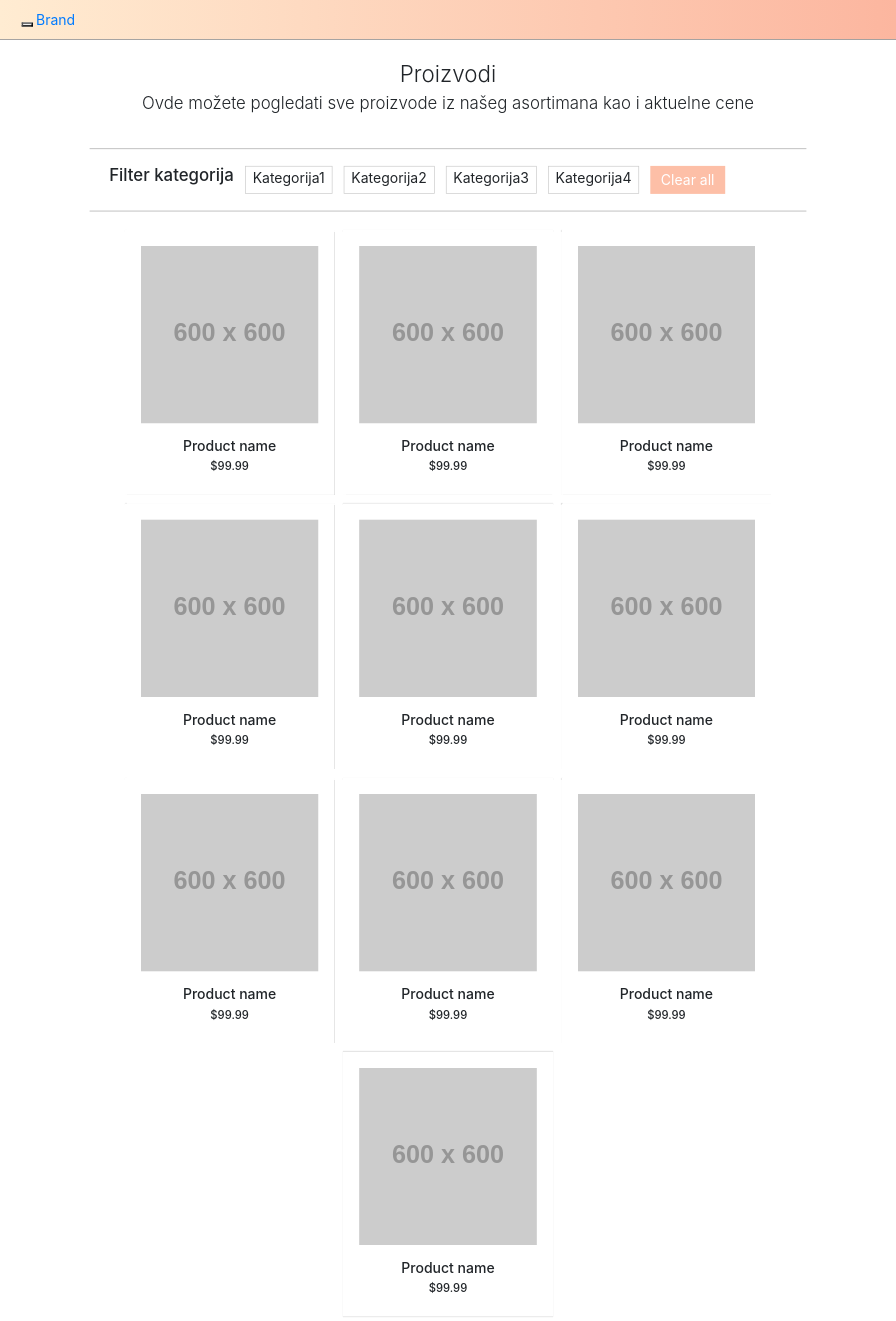
Repository: StevanFilipovic/TemplateForSinglepageWebsite
Page: products.html
An editor plug-in stored every save of this project. The page is shown before and after the next save, followed by the edit.
The browser window is 1280 px wide. The pictures show the whole page, at 70% of full size.
Some web libraries are served in a nearby version.

Above is the page before, as saved 2018-06-15 15:21:55.

### products.html
<!doctype html>
<html>

<head>
    <meta charset="utf-8">
    <title>One Page Scroll</title>
    <meta name="title" content="Website by Stevan" />
    <meta name="description" content="Proizvodi" />

    <link rel="shortcut icon" id="favicon" href="">
    <link href='http://fonts.googleapis.com/css?family=Open+Sans:300,400,700' rel='stylesheet' type='text/css'>
    <link href='http://fonts.googleapis.com/css?family=Pacifico:400' rel='stylesheet' type='text/css'>
    <script type="text/javascript" src="http://code.jquery.com/jquery-1.9.1.js"></script>
    <link href='products-page-style.css' rel='stylesheet' type='text/css'>
    <!-- Da bi koristili less potrebno je odkomentarisati donje dve linije i uraditi konverziju css-a i ubaciti u dole navedene fajlove -->
    <!-- <link rel="stylesheet/less" type="text/css" href="onepage-scrool.less" /> -->
    <!-- <link rel="stylesheet/less" type="text/css" href="styles.less" /> -->
    <!-- <script src="less.js" type="text/javascript"></script> -->
    <link rel="stylesheet" href="https://stackpath.bootstrapcdn.com/bootstrap/4.1.1/css/bootstrap.min.css" integrity="sha384-WskhaSGFgHYWDcbwN70/dfYBj47jz9qbsMId/iRN3ewGhXQFZCSftd1LZCfmhktB" crossorigin="anonymous">
    <link href="bootstrap-responsive.css" rel="stylesheet">



    <script>
        $(document).ready(function () {
            var $products = $('.grid-products'),
                $filters = $("#filters input[type='checkbox']"),
                product_filter = new ProductFilterLevel1($products, $filters);
            product_filter.init();
        });

        function ProductFilterLevel1(products, filters) {
            var _this = this;

            this.init = function () {
                this.products = products;
                this.filters = filters;
                this.bindEvents();
            };

            this.bindEvents = function () {
                this.filters.click(this.filterGridProducts);
                $('#none').click(this.removeAllFilters);
            };

            this.filterGridProducts = function () {
                _this.products.hide();
                var selectedFilters = _this.filters.filter(':checked');
                if (selectedFilters.length) {
                    var selectedFiltersValues = [];
                    selectedFilters.each(function () {
                        var currentFilter = $(this);
                        selectedFiltersValues.push("[data-" + currentFilter.attr('name') + "='" +
                            currentFilter.val() + "']");
                    });
                    _this.products.filter(selectedFiltersValues.join(',')).show();
                } else {
                    _this.products.show();
                }
            };

            this.removeAllFilters = function () {
                _this.filters.prop('checked', false);
                _this.products.show();
            }
        }
    </script>

</head>

<body>
    <div class="header">
        <nav class="navbar navbar-default">
            <div class="container-fluid">
              <!-- Brand and toggle get grouped for better mobile display -->
              <div class="navbar-header">
                <button type="button" class="navbar-toggle collapsed" data-toggle="collapse" data-target="#bs-example-navbar-collapse-1" aria-expanded="false">
                  <span class="sr-only">Toggle navigation</span>
                  <span class="icon-bar"></span>
                  <span class="icon-bar"></span>
                  <span class="icon-bar"></span>
                </button>
                <a class="navbar-brand" href="#">Brand</a>
              </div>

              <!-- Collect the nav links, forms, and other content for toggling -->
              <div class="collapse navbar-collapse" id="bs-example-navbar-collapse-1">
                <ul class="nav navbar-nav">
                  <li class="active"><a href="#">Link <span class="sr-only">(current)</span></a></li>
                  <li><a href="#">Link</a></li>
                  <li class="dropdown">
                    <a href="#" class="dropdown-toggle" data-toggle="dropdown" role="button" aria-haspopup="true" aria-expanded="false">Dropdown <span class="caret"></span></a>
                    <ul class="dropdown-menu">
                      <li><a href="#">Action</a></li>
                      <li><a href="#">Another action</a></li>
                      <li><a href="#">Something else here</a></li>
                      <li role="separator" class="divider"></li>
                      <li><a href="#">Separated link</a></li>
                      <li role="separator" class="divider"></li>
                      <li><a href="#">One more separated link</a></li>
                    </ul>
                  </li>
                </ul>
                <form class="navbar-form navbar-left">
                  <div class="form-group">
                    <input type="text" class="form-control" placeholder="Search">
                  </div>
                  <button type="submit" class="btn btn-default">Submit</button>
                </form>
                <ul class="nav navbar-nav navbar-right">
                  <li><a href="#">Link</a></li>
                  <li class="dropdown">
                    <a href="#" class="dropdown-toggle" data-toggle="dropdown" role="button" aria-haspopup="true" aria-expanded="false">Dropdown <span class="caret"></span></a>
                    <ul class="dropdown-menu">
                      <li><a href="#">Action</a></li>
                      <li><a href="#">Another action</a></li>
                      <li><a href="#">Something else here</a></li>
                      <li role="separator" class="divider"></li>
                      <li><a href="#">Separated link</a></li>
                    </ul>
                  </li>
                </ul>
              </div><!-- /.navbar-collapse -->
            </div><!-- /.container-fluid -->
          </nav>
    </div>
    <div class="intro-text">
        <h2>Proizvodi</h2>
        <h4>Ovde možete pogledati sve proizvode iz našeg asortimana kao i aktuelne cene</h4>
    </div>
    <div id="filters" class="products">
        <div class="filter-wrapper">
            <h4>Filter kategorija</h4>

            <input type="checkbox" name="colour" id="category1" value="category1"></input>
            <label for="category1">Kategorija1</label>

            <input type="checkbox" name="colour" id="category2" value="category2"></input>
            <label for="category2">Kategorija2</label>

            <input type="checkbox" name="colour" id="category3" value="category3"></input>
            <label for="category3">Kategorija3</label>

            <input type="checkbox" name="colour" id="category4" value="category4"></input>
            <label for="category4">Kategorija4</label>

        </div>
        <div>
            <input class="button-clear dugme" type="button" id="none" value="Clear all"></input>
        </div>
    </div>

    <section class="products">
        <div class="product-card grid-products" data-colour="category1">
            <div class="product-image">
                <img src="http://via.placeholder.com/600x600">
            </div>
            <div class="product-info">
                <h5>Product name</h5>
                <h6>$99.99</h6>
            </div>
        </div>

        <div class="product-card grid-products" data-colour="category1">
            <div class="product-image">
                <img src="http://via.placeholder.com/600x600">
            </div>
            <div class="product-info">
                <h5>Product name</h5>
                <h6>$99.99</h6>
            </div>
        </div>

        <div class="product-card grid-products" data-colour="category2">
            <div class="product-image">
                <img src="http://via.placeholder.com/600x600">
            </div>
            <div class="product-info">
                <h5>Product name</h5>
                <h6>$99.99</h6>
            </div>
        </div>

        <div class="product-card grid-products" data-colour="category2">
            <div class="product-image">
                <img src="http://via.placeholder.com/600x600">
            </div>
            <div class="product-info">
                <h5>Product name</h5>
                <h6>$99.99</h6>
            </div>
        </div>

        <div class="product-card grid-products" data-colour="category3">
            <div class="product-image">
                <img src="http://via.placeholder.com/600x600">
            </div>
            <div class="product-info">
                <h5>Product name</h5>
                <h6>$99.99</h6>
            </div>
        </div>

        <div class="product-card grid-products" data-colour="category3">
            <div class="product-image">
                <img src="http://via.placeholder.com/600x600">
            </div>
            <div class="product-info">
                <h5>Product name</h5>
                <h6>$99.99</h6>
            </div>
        </div>

        <div class="product-card grid-products" data-colour="category3">
            <div class="product-image">
                <img src="http://via.placeholder.com/600x600">
            </div>
            <div class="product-info">
                <h5>Product name</h5>
                <h6>$99.99</h6>
            </div>
        </div>

        <div class="product-card grid-products" data-colour="category4">
            <div class="product-image">
                <img src="http://via.placeholder.com/600x600">
            </div>
            <div class="product-info">
                <h5>Product name</h5>
                <h6>$99.99</h6>
            </div>
        </div>

        <div class="product-card grid-products" data-colour="category4">
            <div class="product-image">
                <img src="http://via.placeholder.com/600x600">
            </div>
            <div class="product-info">
                <h5>Product name</h5>
                <h6>$99.99</h6>
            </div>
        </div>

        <div class="product-card grid-products" data-colour="category4">
            <div class="product-image">
                <img src="http://via.placeholder.com/600x600">
            </div>
            <div class="product-info">
                <h5>Product name</h5>
                <h6>$99.99</h6>
            </div>
        </div>

    </section>
    <script src="https://cdnjs.cloudflare.com/ajax/libs/popper.js/1.12.9/umd/popper.min.js" integrity="sha384-ApNbgh9B+Y1QKtv3Rn7W3mgPxhU9K/ScQsAP7hUibX39j7fakFPskvXusvfa0b4Q"
    crossorigin="anonymous"></script>
  <script src="https://maxcdn.bootstrapcdn.com/bootstrap/4.0.0/js/bootstrap.min.js" integrity="sha384-JZR6Spejh4U02d8jOt6vLEHfe/JQGiRRSQQxSfFWpi1MquVdAyjUar5+76PVCmYl"
    crossorigin="anonymous"></script>
</body>

</html>

### products-page-style.css
header {
  position: relative;
  z-index: 10;
}

.header{
    background-image: linear-gradient(to right, #ffecd2 0%, #fcb69f 100%);
    border-bottom: 1px solid gray;
}
.intro-text{
  margin: 30px auto 50px;
}
.intro-text h2, .intro-text h4{
  text-align: center;
    font-weight: 300;
}
.products {
	display: flex;
    flex-wrap: wrap;
    width: 90%;
    margin: auto;
    justify-content: center;
}
#filters{
  justify-content: start;
  width: 80%;
  border-top: 1px solid #a7a7a7;
  border-bottom: 1px solid #a7a7a7;
  margin-bottom: 20px;
  padding: 20px;

}

.product-card {
	display: flex;
	flex-direction: column;
    max-width: 300px;
	padding: 2%;
  /* flex: 1 16%; */
  margin: 6px;

	background-color: #FFF;
	box-shadow: 0px 0px 1px 0px rgba(0,0,0,0.25);
}

.product-image img {
	width: 100%;
}

.product-info {
	margin-top: auto;
	padding-top: 20px;
	text-align: center;
}

@media ( max-width: 920px ) {

	/* .product-card {
		flex: 1 21%;
	} */

	/* .products .product-card:first-child,
	.products .product-card:nth-child(2) {
		flex: 2 46%;
	} */

}

@media ( max-width: 600px ) {

	/* .product-card {
		flex: 1 46%;
	} */

}

@media ( max-width: 480px ) {

	h1 {
		margin-bottom: 20px;
	}

	.product-filter {
		flex-direction: column;
	}

	.sort {
		align-self: flex-start;
	}

}


/* Checkmark */

/* Customize the label (the container) */
.filter-wrapper input[type=checkbox]{
  display: none;
}


.filter-category{
  border: 1px solid #cccccc;
  padding: 2px 10px;
  margin: auto 8px;
}

input[type=checkbox] + label {
  display: block;
  position: relative;
  margin: 4px 8px;
  cursor: pointer;
  font-size: 20px;
  -webkit-user-select: none;
  -moz-user-select: none;
  -ms-user-select: none;
  user-select: none;
  border: 1px solid #cccccc;
  padding: 2px 10px;
  transition:all 0.3s ease;
}
input[type=checkbox]:checked + label {
  background: #fdbfa7;
  border: 1px solid #fdbfa7;
  color: white;
}

input[type=checkbox]:hover + label {
  border: 1px solid #fdbfa7;
  box-shadow: inset 0 0 0 1px #fdbfa7;
  transition:all 0.3s ease;
}




  /* Hide the browser's default checkbox */
  .filter-container input {
    position: absolute;
    opacity: 0;
    cursor: pointer;
  }

  /* Create a custom checkbox */
  .checkmark {
    position: absolute;
    top: 0;
    left: 0;
    height: 30px;
    width: 30px;
    background-color: #eee;
    display: none;
  }

  /* On mouse-over, add a grey background color */
  .filter-container:hover input ~ .checkmark {
    background-color: #ccc;
  }

  /* When the checkbox is checked, add a blue background */
  .filter-container input:checked ~ .checkmark {
    background-color: #fdbfa7;
  }

  /* Create the checkmark/indicator (hidden when not checked) */
  .checkmark:after {
    content: "";
    position: absolute;
    display: none;
  }

  /* Show the checkmark when checked */
  .filter-container input:checked ~ .checkmark:after {
    display: block;
  }

  /* Style the checkmark/indicator */
  .filter-container .checkmark:after {
    left: 9px;
    top: 5px;
    width: 10px;
    height: 15px;
    border: solid white;
    border-width: 0 3px 3px 0;
    -webkit-transform: rotate(45deg);
    -ms-transform: rotate(45deg);
    transform: rotate(45deg);
  }

  .filter-wrapper{
      display: contents;
      margin-bottom: 15px;
  }
  .filter-wrapper h4{
    margin: 4px 8px;
  }

  .button-clear{
    background: #FDBFA7;
    font-size: 20px;
    color: white;
    border-style: none;
    cursor: pointer;
    padding: 5px 15px;
    margin: 4px 8px;
  }

  .button-clear:focus{
    outline: none;
  }

  .button-clear:active{
    -webkit-box-shadow: 0px 0px 5px 0px rgba(0,0,0,0.75);
    -moz-box-shadow: 0px 0px 5px 0px rgba(0,0,0,0.75);
    box-shadow: 0px 0px 5px 0px rgba(195, 195, 195, 0.75);
  }

Loaded but not shown: bootstrap-responsive.css (library)

After the next save:
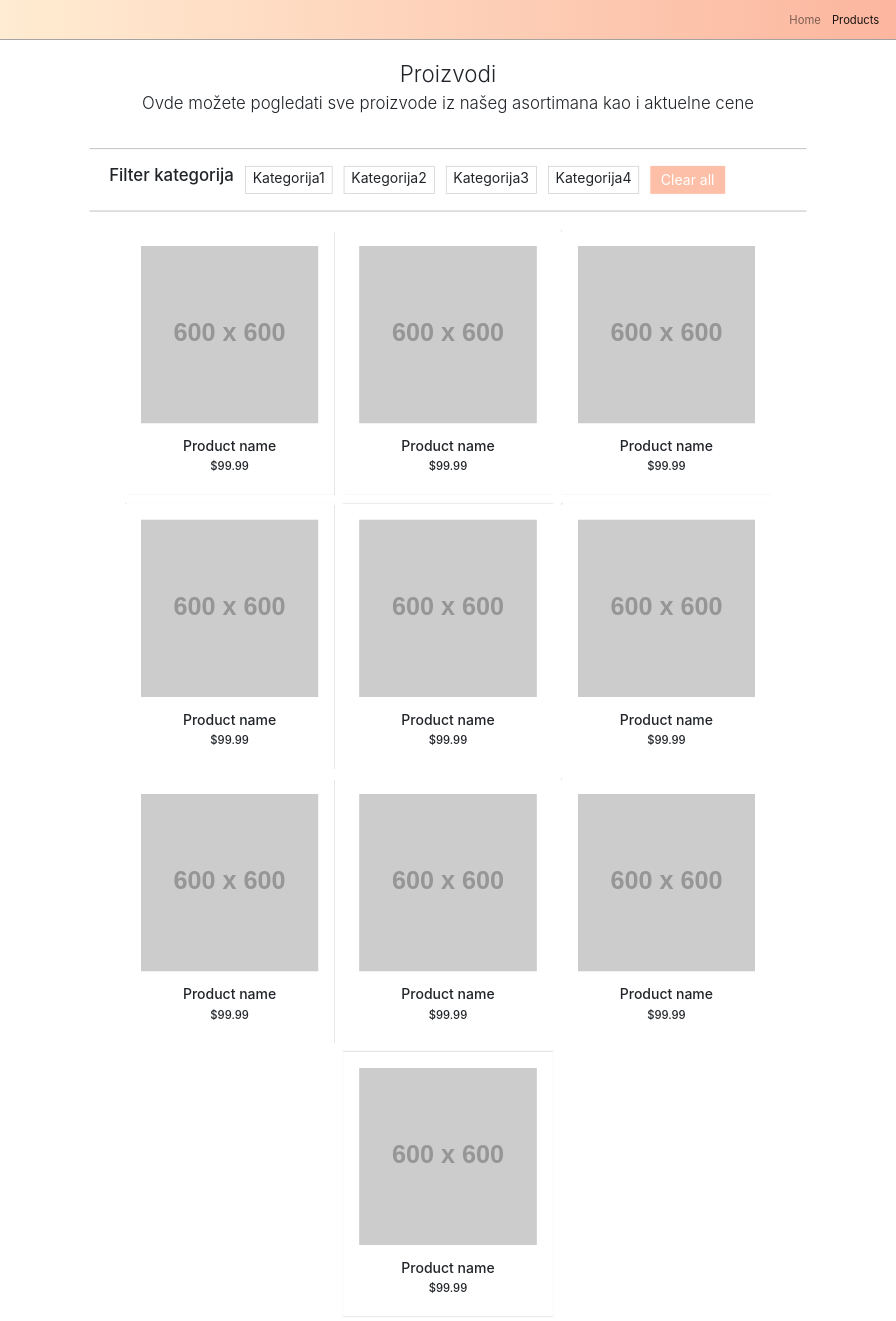
Saved 31 s later.
--- a/products.html
+++ b/products.html
@@ -70,59 +70,26 @@
 
 <body>
     <div class="header">
-        <nav class="navbar navbar-default">
-            <div class="container-fluid">
-              <!-- Brand and toggle get grouped for better mobile display -->
-              <div class="navbar-header">
-                <button type="button" class="navbar-toggle collapsed" data-toggle="collapse" data-target="#bs-example-navbar-collapse-1" aria-expanded="false">
-                  <span class="sr-only">Toggle navigation</span>
-                  <span class="icon-bar"></span>
-                  <span class="icon-bar"></span>
-                  <span class="icon-bar"></span>
-                </button>
-                <a class="navbar-brand" href="#">Brand</a>
-              </div>
-
-              <!-- Collect the nav links, forms, and other content for toggling -->
-              <div class="collapse navbar-collapse" id="bs-example-navbar-collapse-1">
-                <ul class="nav navbar-nav">
-                  <li class="active"><a href="#">Link <span class="sr-only">(current)</span></a></li>
-                  <li><a href="#">Link</a></li>
-                  <li class="dropdown">
-                    <a href="#" class="dropdown-toggle" data-toggle="dropdown" role="button" aria-haspopup="true" aria-expanded="false">Dropdown <span class="caret"></span></a>
-                    <ul class="dropdown-menu">
-                      <li><a href="#">Action</a></li>
-                      <li><a href="#">Another action</a></li>
-                      <li><a href="#">Something else here</a></li>
-                      <li role="separator" class="divider"></li>
-                      <li><a href="#">Separated link</a></li>
-                      <li role="separator" class="divider"></li>
-                      <li><a href="#">One more separated link</a></li>
-                    </ul>
-                  </li>
+        <nav class="navbar navbar-expand-lg navbar-light">
+            <!-- <a class="navbar-brand" href="#">Navbar</a> -->
+            <button class="navbar-toggler" type="button" data-toggle="collapse" data-target="#navbarNavDropdown" aria-controls="navbarNavDropdown1"
+                aria-expanded="false" aria-label="Toggle navigation">
+                <span class="navbar-toggler-icon"></span>
+            </button>
+            <div class="collapse navbar-collapse justify-content-end" id="navbarNavDropdown1">
+                <ul class="navbar-nav">
+                    <li class="nav-item ">
+                        <a class="nav-link" href="index.html">Home </a>
+                    </li>
+                    <li class="nav-item active">
+                        <a class="nav-link" href="products.html">Products
+                            <span class="sr-only">(current)</span>
+                        </a>
+                    </li>
+                    </li>
                 </ul>
-                <form class="navbar-form navbar-left">
-                  <div class="form-group">
-                    <input type="text" class="form-control" placeholder="Search">
-                  </div>
-                  <button type="submit" class="btn btn-default">Submit</button>
-                </form>
-                <ul class="nav navbar-nav navbar-right">
-                  <li><a href="#">Link</a></li>
-                  <li class="dropdown">
-                    <a href="#" class="dropdown-toggle" data-toggle="dropdown" role="button" aria-haspopup="true" aria-expanded="false">Dropdown <span class="caret"></span></a>
-                    <ul class="dropdown-menu">
-                      <li><a href="#">Action</a></li>
-                      <li><a href="#">Another action</a></li>
-                      <li><a href="#">Something else here</a></li>
-                      <li role="separator" class="divider"></li>
-                      <li><a href="#">Separated link</a></li>
-                    </ul>
-                  </li>
-                </ul>
-              </div><!-- /.navbar-collapse -->
-            </div><!-- /.container-fluid -->
-          </nav>
+            </div>
+        </nav>
     </div>
     <div class="intro-text">
         <h2>Proizvodi</h2>
